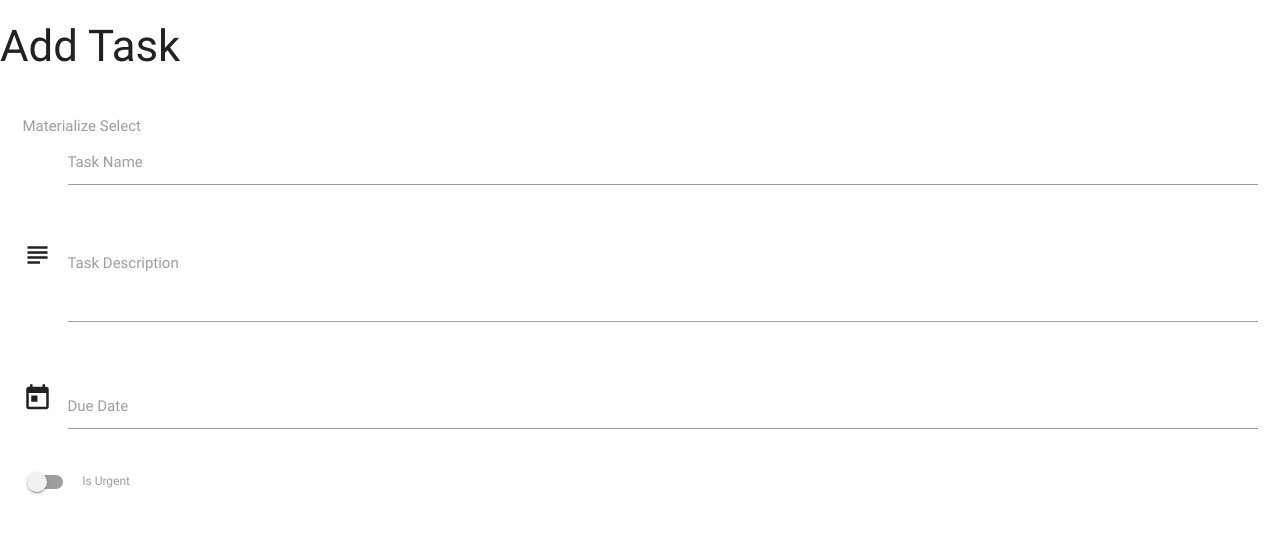
Repository: Debbiepimpo/python-miniproject
Page: http://localhost/add_task
The author's editor kept a record of every edit. The page is drawn from the files as they stood at one moment, then again after the next edit.
The browser window is 1280 px wide. The pictures show the whole page.
Some web libraries are served in a nearby version. The page is served by the project's application, run on Flask 3 (app.py). Queries for data that is not in the repository find no rows.

Above is the page before.
Console error: TypeError: $(...).formSelect is not a function

### templates/addtasks.html
{% extends 'base.html' %} {% block content %}

<h3>Add Task</h3>
<div class="row">
    <form action="" method="POST" class="col s12">
        <div class="row">
            <div class="input-field col s12">
                <select>
                    <option value="" disabled selected>Choose your option</option>
                    <option value="1">Option 1</option>
                    <option value="2">Option 2</option>
                    <option value="3">Option 3</option>
                </select>
                <label>Materialize Select</label>
            </div>
        </div>
        <div class="row">
            <div class="input-field col s12">
                <i class="material-icons prefix">assigment</i>
                <input id="task_name" name="task_name" type="text" class="validate">
                <label for="icon_prefix">Task Name</label>
            </div>
        </div>
        <div class="row">
            <div class="input-field col s12">
                <i class="material-icons prefix">subject</i>
                <textarea type="textarea" name="task_description" id="task_description" class="materialize-textarea"></textarea>
                <label for="icon_telephone">Task Description</label>
            </div>
        </div>
        <div class="row">
            <div class="input-field col s12">
                <i class="material-icons prefix">today</i>
                <input id="matfix" name="due_date" type="text" class="datepicker">
                <label for="icon_prefix">Due Date</label>
            </div>
        </div>
        <div class="row">
            <div class="switch">
                <label>
                  <input id="is_urgent" name="is_urgent" type="checkbox">
                  <span class="lever"></span>
                  Is Urgent
                </label>
            </div>
        </div>
    </form>
</div>


{% endblock %}

### templates/base.html
<!DOCTYPE html>
<html lang="en">

<head>
    <meta charset="UTF-8">
    <meta name="viewport" content="width=device-width, initial-scale=1.0">
    <meta http-equiv="X-UA-Compatible" content="ie=edge">
    <link href="https://fonts.googleapis.com/icon?family=Material+Icons" rel="stylesheet">
    <link rel="stylesheet" href="https://cdnjs.cloudflare.com/ajax/libs/materialize/0.100.2/css/materialize.min.css">
    <title>Task Manager</title>
</head>

<body>
    {% block content %} {% endblock %}
    <script src="https://cdnjs.cloudflare.com/ajax/libs/jquery/3.2.1/jquery.min.js"></script>
    <script src="https://cdnjs.cloudflare.com/ajax/libs/materialize/0.100.2/js/materialize.min.js"></script>
    <script type="text/javascript">
        $(document).ready(function(){
            $('.collapsible').collapsible();
            $('select').formSelect();
            $('.datepicker').datepicker();
        });
        document.getElementById("matfix").addEventListener("click", function(e) {
            e.stopPropagation();
        });
    </script>


</body>

</html>

### app.py
import os
from flask import Flask, render_template, redirect, request, url_for
from flask_pymongo import PyMongo
from bson.objectid import ObjectId

app = Flask(__name__)
app.config["MONGO_DBNAME"] = 'task-manager'
app.config["MONGO_URI"] = os.getenv('MONGO_URI')

mongo = PyMongo(app)


@app.route('/')
@app.route('/get_tasks')
def get_tasks():
    return render_template("tasks.html",
    tasks=mongo.db.tasks.find())

@app.route('/add_task')
def add_task():
    return render_template("addtasks.html",
    categories=mongo.db.categories.find())

@app.route('/insert_task', methods=["POST"])
def insert_task():
    tasks=mongo.db.tasks
    tasks.insert_one(request.form.to_dict())
    return redirect(url_for('get_tasks'))



if __name__ == '__main__':
    app.run(host=os.environ.get('IP'),
            port=int(os.environ.get('PORT')),
            debug=True)

After the next edit:
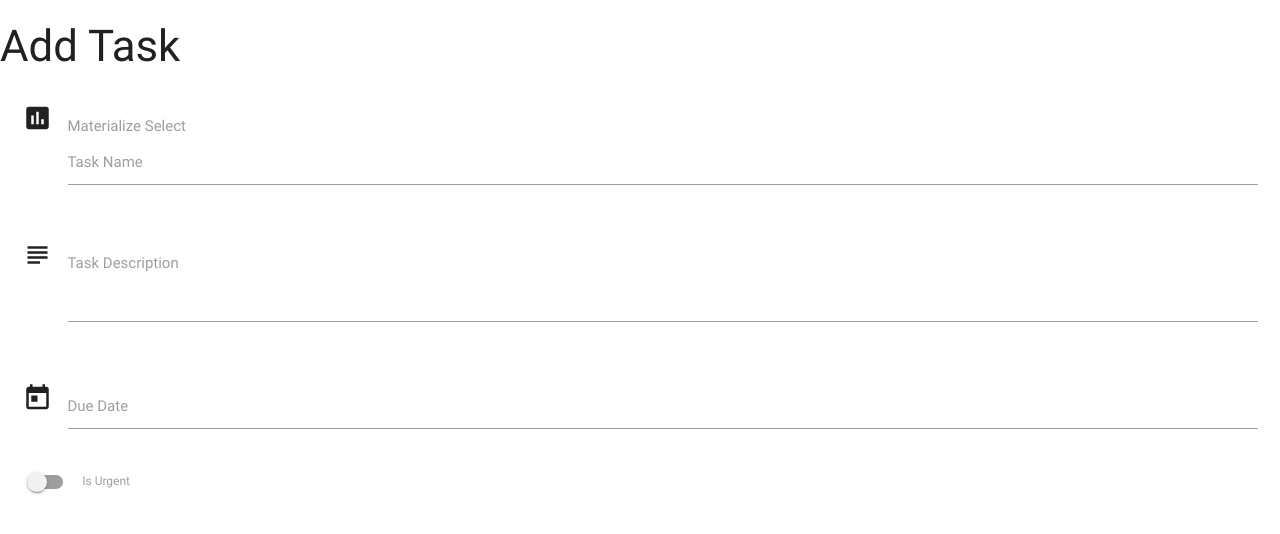
The edit:
--- a/templates/addtasks.html
+++ b/templates/addtasks.html
@@ -5,6 +5,7 @@
     <form action="" method="POST" class="col s12">
         <div class="row">
             <div class="input-field col s12">
+                <i class="material-icons prefix">poll</i>
                 <select>
                     <option value="" disabled selected>Choose your option</option>
                     <option value="1">Option 1</option>
